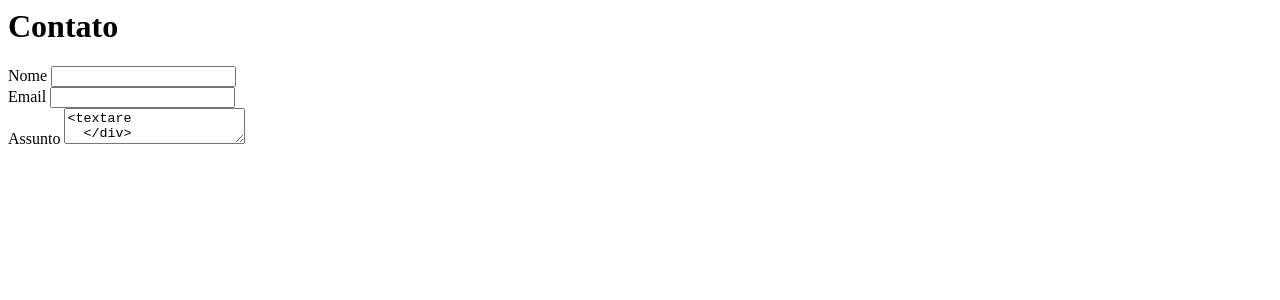
Repository: BrunoCesarAngst/poo
Page: aula04/views/form.html
An editor plug-in stored every save of this project. The page is shown before and after the next save, followed by the edit.
The browser window is 1280 px wide. The pictures show the whole page.

Above is the page before, as saved 2020-08-22 19:25:37.

After the next save:
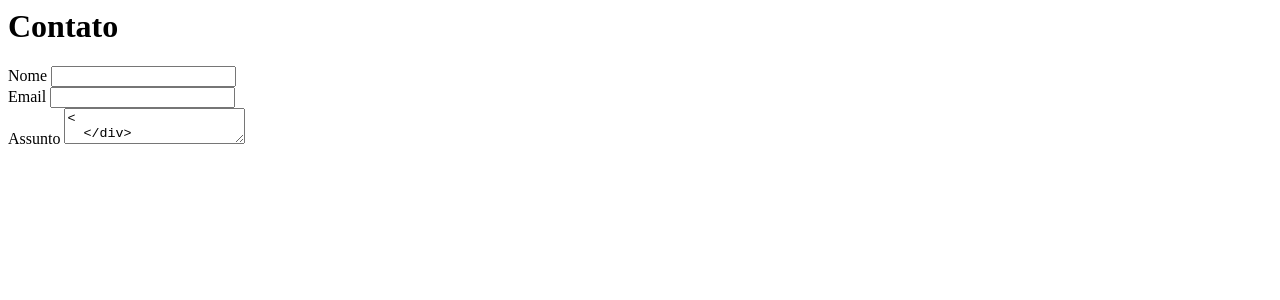
Saved 1 s later.
--- a/aula04/views/form.html
+++ b/aula04/views/form.html
@@ -13,7 +13,7 @@
 
   <div class="form-group">
     <label for="">Assunto</label>
-    <textarea id="assunto" type="text" class="form-control"><textare
+    <textarea id="assunto" type="text" class="form-control"><
   </div>
 
   <button class="btn btn-primary btn-success"type="submit">Enviar</button>
